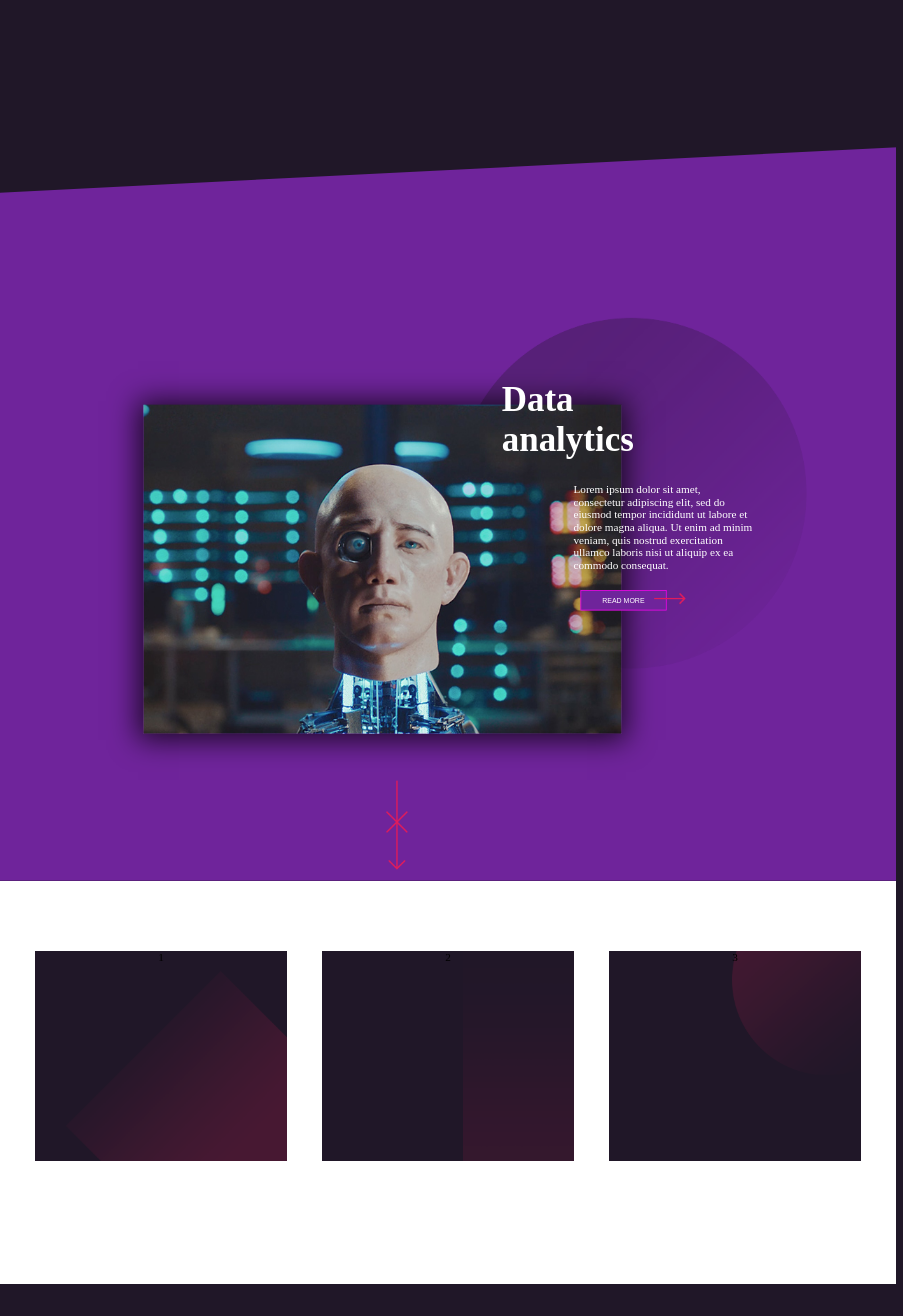
Repository: Ajtheult/King-James-Site
Page: index.html
An editor plug-in stored every save of this project. The page is shown before and after the next save, followed by the edit.
The browser window is 1280 px wide. The page is 1290 px wide, so the pictures cover 1290 px, including what lies to the right of the window. The pictures show the part of the page from y = 2051 to 3931 px (the page is 3931 px tall), at 70% of full size.
Some web fonts or font styles are not loaded; a fallback is used. The style sheet was rebuilt from its Sass, Less or Tailwind sources for each picture, by a compiler version that may differ from the author's.

Above is the page before, as saved 2020-08-21 13:54:37.

After the next save:
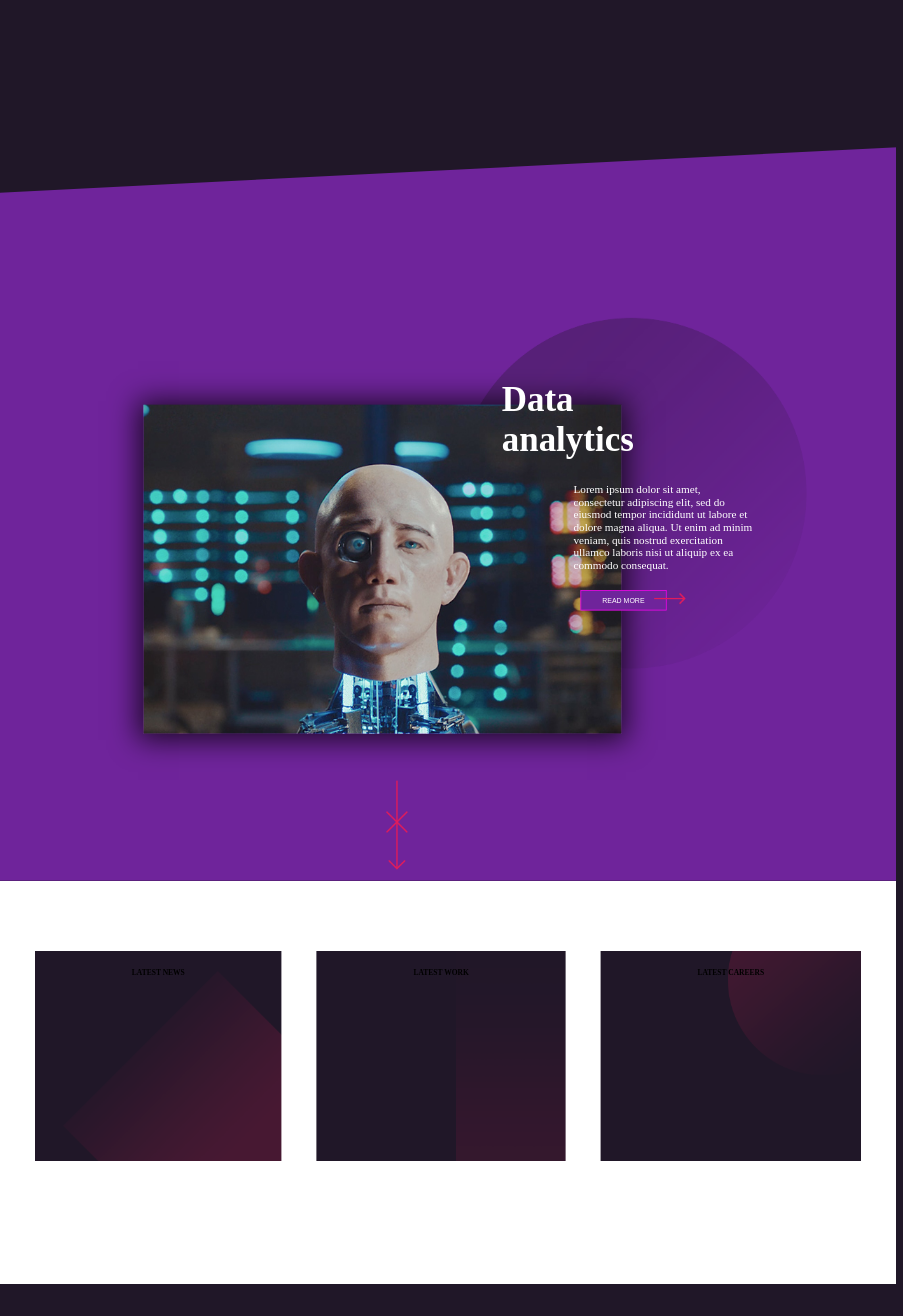
Saved 2 min 1 s later.
--- a/index.html
+++ b/index.html
@@ -128,9 +128,11 @@
     </div>
     <div class="box_five">
       <div class="grid-container">
-        <div class="grid-item num_one">1</div>
-        <div class="grid-item num_two">2</div>
-        <div class="grid-item num_three">3</div>
+        <div class="grid-item num_one">
+          <h6>LATEST NEWS</h6>
+        </div>
+        <div class="grid-item num_two"><h6>LATEST WORK</h6></div>
+        <div class="grid-item num_three"><h6>LATEST CAREERS</h6></div>
       </div>
     </div>
   </body>
